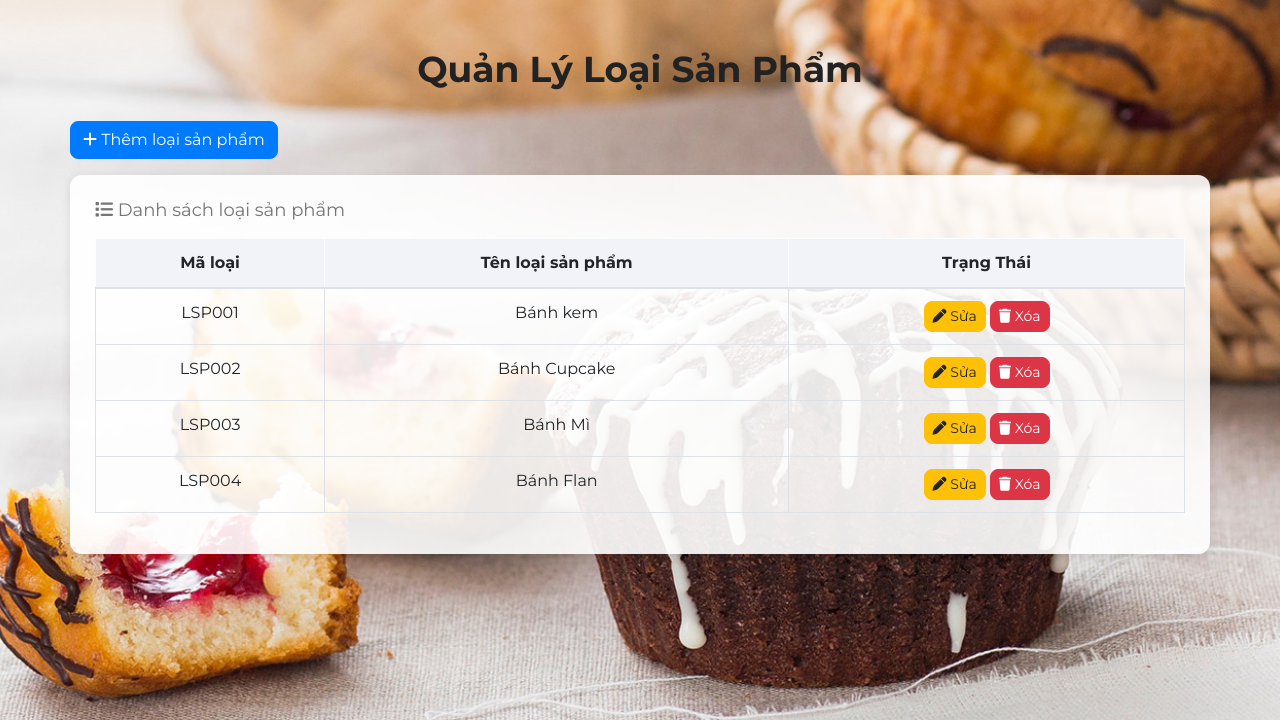
Repository: nhanto2n-byte/Nhom10ChieuThu3
Page: ProjectWeb/cake-main/admin_type.html
The author's editor kept a copy of each file at every save. The page is drawn from the files as they stood at one save, then again after the next save.
The browser window is 1280 px wide. The pictures show the whole page.
Backgrounds fixed to the window are drawn as part of the page.

Above is the page before, as saved 2025-10-29 09:17:44.
Console error (its wording comes from the project's code and is left out).

After the next save:
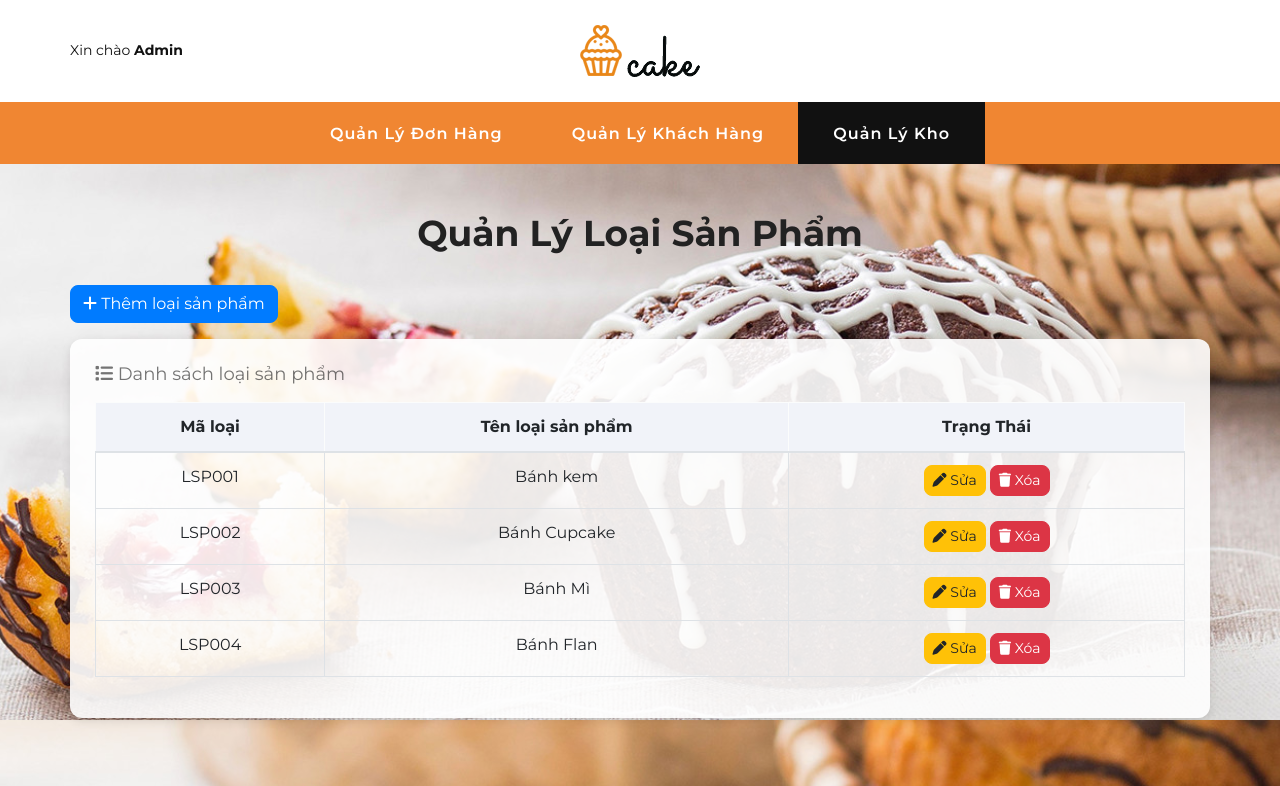
Saved 14 s later.
--- a/ProjectWeb/cake-main/admin_type.html
+++ b/ProjectWeb/cake-main/admin_type.html
@@ -41,7 +41,9 @@
 
     .btn-primary,
     .btn-warning,
-    .btn-danger {
+    .btn-danger,
+    .btn-success,
+    .btn-secondary {
       border-radius: 8px;
     }
 
@@ -53,6 +55,56 @@
 </head>
 
 <body>
+  <!-- HEADER & MENU -->
+  <header class="header">
+    <div class="header__top">
+      <div class="container">
+        <div class="row">
+          <div class="col-lg-12">
+            <div class="header__top__inner">
+              <div class="header__top__left">
+                <ul>
+                  <li class="has-dropdown">
+                    Xin chào <strong>Admin</strong><span class="arrow_carrot-down"></span>
+                    <ul class="dropdown">
+                      <li><a href="./admin_login.html">Log out</a></li>
+                    </ul>
+                  </li>
+                </ul>
+              </div>
+              <div class="header__logo">
+                <a href="#"><img src="img/logo.png" alt=""></a>
+              </div>
+            </div>
+          </div>
+        </div>
+        <div class="canvas__open"><i class="fa fa-bars"></i></div>
+      </div>
+    </div>
+
+    <div class="container">
+      <div class="row">
+        <div class="col-lg-12">
+          <nav class="header__menu mobile-menu">
+            <ul>
+              <li><a href="./admin_order.html">Quản Lý Đơn Hàng</a></li>
+              <li><a href="./admin_member.html">Quản Lý Khách Hàng</a></li>
+              <li class="active"><a href="#">Quản Lý Kho</a>
+                <ul class="dropdown">
+                  <li><a href="./admin_category.html">Quản Lý Danh Mục</a></li>
+                  <li><a href="./admin_import.html">Quản Lý Nhập Sản Phẩm</a></li>
+                  <li><a href="./admin_selling.html">Quản Lý Giá Bán</a></li>
+                  <li><a href="./admin_quantity.html">Quản Lý Số Lượng Tồn</a></li>
+                  <li><a href="./admin_type.html">Quản Lý Loại Sản Phẩm</a></li>
+                </ul>
+              </li>
+            </ul>
+          </nav>
+        </div>
+      </div>
+    </div>
+  </header>
+
   <!-- MAIN CONTENT -->
   <div class="container py-5">
     <h2 class="text-center">Quản Lý Loại Sản Phẩm</h2>
@@ -62,7 +114,7 @@
       <button id="btnShowAdd" class="btn btn-primary"><i class="fa-solid fa-plus"></i> Thêm loại sản phẩm</button>
     </div>
 
-    <!-- Form thêm loại sản phẩm (mở ra khi bấm nút Thêm) -->
+    <!-- Form thêm loại sản phẩm -->
     <div class="card mb-4" id="addForm">
       <h5><i class="fa-solid fa-plus"></i> Thêm loại sản phẩm mới</h5>
       <form id="formAdd">
@@ -171,7 +223,7 @@
         addForm.style.display = 'none';
       });
 
-      // Lưu form Thêm (chỉ hiện thông báo, không ảnh hưởng bảng)
+      // Lưu form Thêm (chỉ hiện thông báo)
       document.getElementById('formAdd').addEventListener('submit', e => {
         e.preventDefault();
         alert(`Đã lưu tạm: Mã=${document.getElementById('addMa').value}, Tên=${document.getElementById('addTen').value}`);
@@ -195,7 +247,7 @@
         editForm.style.display = 'none';
       });
 
-      // Lưu form Sửa (chỉ hiện thông báo, không ảnh hưởng bảng)
+      // Lưu form Sửa (chỉ hiện thông báo)
       document.getElementById('formEdit').addEventListener('submit', e => {
         e.preventDefault();
         alert(`Đã lưu tạm: Mã=${editMa.value}, Tên=${editTen.value}`);
@@ -203,6 +255,7 @@
       });
     });
   </script>
+
   <script src="js/bootstrap.min.js"></script>
   <script src="https://cdn.jsdelivr.net/npm/bootstrap@5.3.2/dist/js/bootstrap.bundle.min.js"></script>
 </body>
